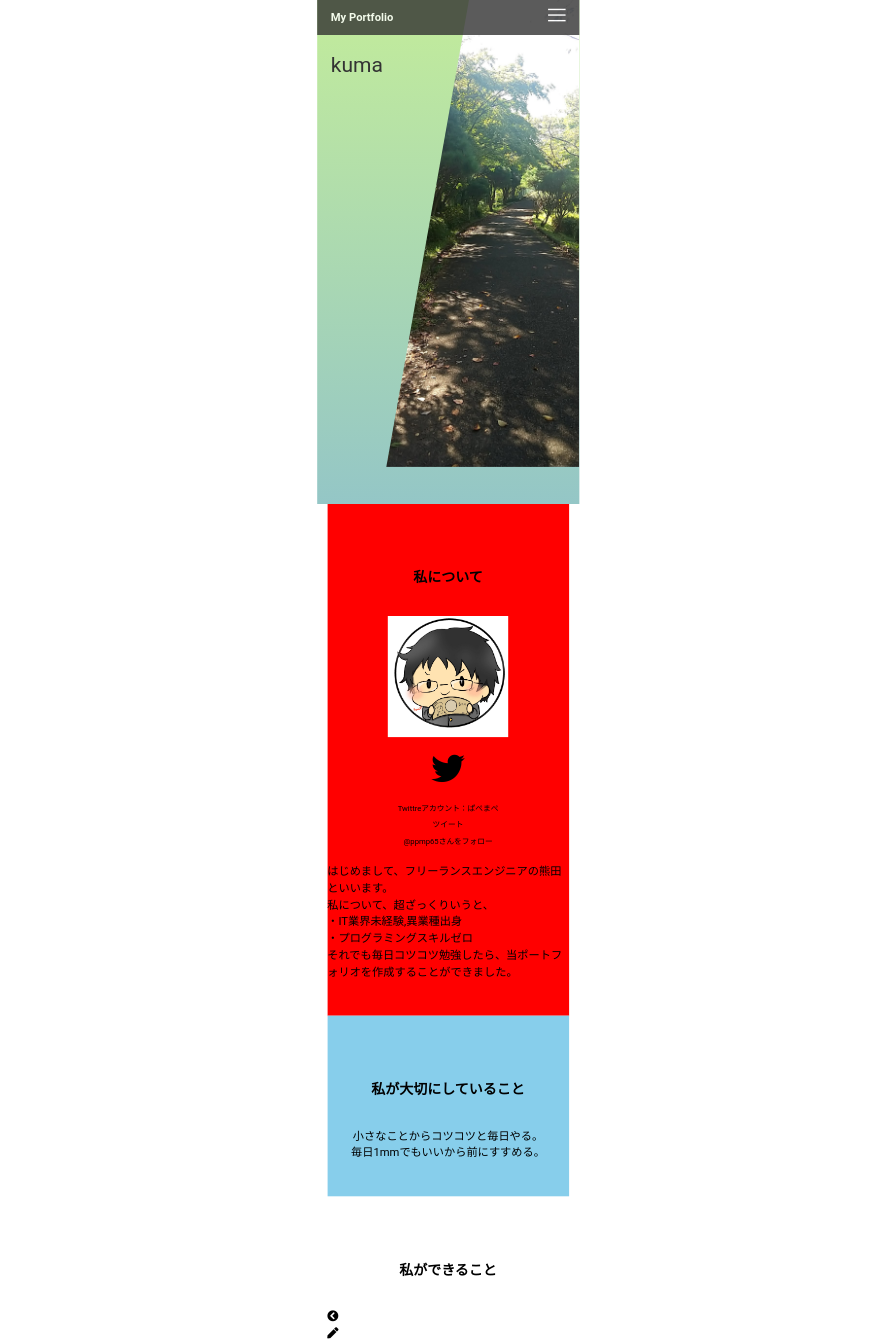
Repository: ppmp556/portfolio6
Page: index copy.html
An editor plug-in stored every save of this project. The page is shown before and after the next save, followed by the edit.
The browser window is 1280 px wide. The pictures show the part of the page from y = 0 to 1920 px (the page is 3189 px tall), at 70% of full size.
Some web libraries are served in a nearby version. The style sheet was rebuilt from its Sass, Less or Tailwind sources for each picture, by a compiler version that may differ from the author's.

Above is the page before, as saved 2020-10-12 22:34:19.
Console error: TypeError: Cannot read properties of null (reading 'addEventListener')

### index copy.html
<!DOCTYPE html>
<html ja>
  <head>
    <meta charset="utf-8" />
    <meta
      name="viewport"
      content="width=device-width, initial-scale=1.0, maximum-scale=1.0, minimum-scale=1.0"
    />
    <title>ポートフォリオ</title>
    <link rel="stylesheet" href="css/faundation.css" />
    <link rel="stylesheet" href="css/main.css" />
    <link
      href="https://use.fontawesome.com/releases/v5.6.1/css/all.css"
      rel="stylesheet"
    />
    <script src="https://ajax.googleapis.com/ajax/libs/jquery/3.4.1/jquery.min.js"></script>
  </head>

  <body>
    <div class="container">

      <div class="kv" id="kv">
        <div class="kv_container">
          <img src="images/道.jpg" alt="" class="kv_img">


          <!-- <img src="/images/3566338_s.jpg" alt="" class="kv_img"> -->
          <!-- <img src="/images/3566338_s.jpg" alt="" class="kv_img"> -->
          <!-- <img src="/images/3566338_s.jpg" alt="" class="kv_img"> -->
          <!-- <img src="/images/3566338_s.jpg" alt="" class="kv_img"> -->
          <p class="kv_ttl">kuma</p>
          <div class="kv_wrapper line">
            <p class="kv_animetype">
                <!-- ポートフォリオ<span class="line_type">|</span> -->
            </p><!-- /.kv_animetype -->

          </div><!-- /.kv_wrapper -->
        </div><!-- /.kv_container -->
      </div>
      <!-- /#kv.kv -->

      <header class="header" id="top">
        <div class="header_inner flex">
          <h1 class="header_ttl"><a href="index.html">My Portfolio</a></h1>
          <!-- /.header_ttl -->

          <nav class="nav">
            <!-- ハンバーガーメニュー部分 -->

            <div class="nav_ham" id="nav_toggle">
              <span class="nav_line tg1"></span>
              <span class="nav_line tg2"></span>
              <span class="nav_line tg3"></span>
            </div>
            <!-- ハンバーガーメニューここまで -->

            <ul class="nav_list flex">
              <div class="nav_inner">
                <li class="nav_item">
                  <a href="#Top" class="nav_link">TOP</a>
                </li>
                <!-- /.nav_item -->
                <li class="nav_item">
                  <a href="#about" class="nav_link">Profile</a>
                </li>
                <!-- /.nav_item -->
                <li class="nav_item">
                  <a href="#skill" class="nav_link">Skill</a>
                </li>
                <!-- /.nav_item -->
                <li class="nav_item">
                  <a href="#blog" class="nav_link">Blog</a>
                </li>
                <!-- /.nav_item -->
                <li class="nav_item">
                  <a href="#create" class="nav_link">Create</a>
                </li>
                <!-- /.nav_item -->
              </div><!-- /.nav_inner -->
            </ul>
            <!-- /.nav_list -->
          </nav>
          <!-- /.nav -->
        </div><!-- /.header_inner -->
      </header>
      <!-- /.header -->



      <main class="main_container">
        <div class="inner">

          <section class="about" id="about">
            <h2 class="section_ttl">私について</h2>
            <!-- /.section_ttl -->

            <div class="section_inner">
              <div class="about_left">
                <div class="about_imgbox">
                  <img src="images/アイコン.jpg" alt="" class="about_img">
                  <div class="about_share">
                    <a href="" class="about_share_icon">
                      <i class="fab fa-twitter fa-3x share"></i>
                      <p class="about_sharetxt">Twittreアカウント：ぱぺまぺ</p>
                      <!-- /.about_sharetxt --> </a
                    ><!-- /.about_share_icon -->
                      <br>
                    <a
                      href="https://twitter.com/share"
                      class="twitter_share_button"
                      data-via="webgaku"
                      data-lang="ja"
                      >ツイート</a
                    >
                      <br>
                    <a
                      href="https://twitter.com/ppmp65"
                      class="twitter_follow_button"
                      data-show-count="false"
                      data-lang="ja"
                      >@ppmp65さんをフォロー</a
                    >
                  </div>
                  <!-- /.about_share -->
                </div>
                <!-- /.about_imgbox -->
              </div>
              <!-- /.about_left -->

              <div class="about_right">
                <p class="about_txt">
                  はじめまして、フリーランスエンジニアの熊田といいます。<br />
                  私について、超ざっくりいうと、<br />

                  ・IT業界未経験,異業種出身 <br />
                  ・プログラミングスキルゼロ<br />

                  それでも毎日コツコツ勉強したら、当ポートフォリオを作成することができました。
                </p>
                <!-- /.about_txt -->
              </div>
              <!-- /.about_right -->
            </div>
            <!-- /.section_inner -->
          </section>
          <!-- /#about.about -->

          <section class="policy" id="policy">
            <h2 class="section_ttl">私が大切にしていること</h2>
            <!-- /.section_ttl -->

            <div class="policy_animebox">
              <div class="policy_anime">
                <p class="policy_txt">
                  小さなことからコツコツと毎日やる。<br />
                  毎日1mmでもいいから前にすすめる。
                </p>
                <!-- /.policy_txt -->
              </div>
              <!-- /.policy_anime -->
            </div>
            <!-- /.policy_anime -->
          </section>
          <!-- /#policy.policy -->

          <section class="skill" id="skill">
            <div class="scroll_fade_row">
              <h2 class="section_ttl">私ができること</h2>
              <!-- /.section_ttl -->

              <div class="skill_box">
                <div class="skill_content">
                  <div class="slide_btn prev">
                    <i class="fas fa-chevron-circle-left"></i>
                  </div>
                  <!-- /.slide_btn -->

                  <div class="skill_inner">
                    <div class="skill_inbox slide active">
                      <i class="skillIcon fas fa-pen"></i>
                      <p class="skill_inboxttl">執筆</p>
                      <!-- /.skill_inboxttl -->
                      <p class="skill_txt">
                        文章を考えるのが好きです<br />
                        ブログ執筆で毎日1000～2000文字程度<br />
                        書いています。<br />
                        ブログは毎日1日1記事更新。
                      </p>
                      <!-- /.skill_txt -->
                    </div>
                    <!-- /.skill_inbox -->

                    <div class="skill_inbox slide active">
                      <i class="skillIcon fas fa-code"></i>
                      <p class="skill_inboxttl">コーディング</p>
                      <!-- /.skill_inboxttl -->
                      <p class="skill_txt">
                        独学とプログラミングスクール併用<br />
                        全くの知識ゼロから始めました。<br />
                      </p>
                      <!-- /.skill_txt -->
                    </div>
                    <!-- /.skill_inbox -->

                    <div class="skill_inbox slide active">
                      <i class="skillIcon fas fa-pen"></i>
                      <p class="skill_inboxttl">執筆</p>
                      <!-- /.skill_inboxttl -->
                      <p class="skill_txt">
                        文章を考えるのが好きです<br />
                        ブログ執筆で毎日1000～2000文字程度<br />
                        書いています。<br />
                        ブログは毎日1日1記事更新。
                      </p>
                      <!-- /.skill_txt -->
                    </div>
                    <!-- /.skill_inbox -->

                    <div class="skill_inbox slide active">
                      <i class="skillIcon fas fa-cog"></i>
                      <p class="skill_inboxttl">執筆</p>
                      <!-- /.skill_inboxttl -->
                      <p class="skill_txt">
                        文章を考えるのが好きです<br />
                        ブログ執筆で毎日1000～2000文字程度<br />
                        書いています。<br />
                        ブログは毎日1日1記事更新。
                      </p>
                      <!-- /.skill_txt -->
                    </div>
                    <!-- /.skill_inbox -->
                  </div>
                  <!-- /.skill_inner -->
                </div>
                <!-- /.skill_content -->
              </div>
              <!-- /.skill_box -->
            </div>
            <!-- /.scroll_fade_row -->
          </section>
          <!-- /#skill.skill -->

          <section class="blog" id="blog">
            <div class="scroll_fade_row">
              <h2 class="section_ttl">ブログ</h2>
              <!-- /.section_ttl -->

              <div class="section_inner">
                <h3 class="blog_txt">ぱぺまぺの低年収者のための資産運用計画</h3>
                <!-- /.blog_txt -->

                <div class="blog_imgbox">
                  <a href="https://ppmp556.com"
                    >https://ppmp556.com
                    <img
                      class="blogImg"
                      src="images/invest01.png"
                      alt="ブログ1"
                    />
                  </a>
                </div>
                <!-- /.blog_imgbox -->
                <div class="blog_txtbox">
                  <p class="blog_txt">
                    投資ブログです。<br />
                    資金が少なくてもできる投資や、<br />
                    初心者向けの投資、投資についての考え方や<br />
                    ヒントなどを発信しています。（1日1記事更新）
                  </p>
                  <!-- /.blog_txt -->
                </div>
                <!-- /.blog_txtbox -->
              </div>
              <!-- /.section_inner -->
            </div>
            <!-- /.scroll_fade_row -->
          </section>
          <!-- /#blog.blog -->

          <section class="create" id="create">
            <div class="scroll_fade_row">
              <h2 class="section_ttl">制作物</h2>
              <!-- /.section_ttl -->
              <div class="section_inner">
                <div class="create_imgbox">
                  <p class="create_ttl">ポートフォリオ<br />（このサイト）</p>
                  <!-- /.create_ttl -->

                  <!-- アコーディオンメニュー実装する -->
                </div>
                <!-- /.create_imgbox -->
              </div>
              <!-- /.section_inner -->
            </div>
            <!-- /.scroll_fade_row -->
          </section>
          <!-- /#create.create -->
        </div>
        <!-- /.inner -->
      </main>

      <footer class="footer">
        <ul class="footer_list">
          <li class="footer_nav">
            <a href="" class="footer_link"></a>
          </li>
          <!-- /.footer_nav -->
          <li class="footer_nav">
            <a href="" class="footer_link"></a>
          </li>
          <!-- /.footer_nav -->
          <li class="footer_nav">
            <a href="" class="footer_link"></a>
          </li>
          <!-- /.footer_nav -->
          <li class="footer_nav">
            <a href="" class="footer_link"></a>
          </li>
          <!-- /.footer_nav -->
          <li class="footer_nav">
            <a href="" class="footer_link"></a>
          </li>
          <!-- /.footer_nav -->
        </ul>
        <!-- /.footer_list -->

        <div class="footer_copy">
          <small class="footer_txt">@ copyright</small
          ><!-- /.footer_txt -->
        </div>
        <!-- /.footer_copy -->
      </footer>
      <!-- /.footer -->
    </div>
    <!-- /.container -->

    <!-- <btn id="page-top"><a href="#top">PAGE TOP</a></btn> -->
    <script src="https://code.jquery.com/jquery-3.4.1.js"></script>
    <script src="main.js"></script>
  </body>
</html>

### css/faundation.css
/*
html5doctor.com Reset Stylesheet
v1.6.1
Last Updated: 2010-09-17
Author: Richard Clark - http://richclarkdesign.com
Twitter: @rich_clark
*/

html,
body,
div,
span,
object,
iframe,
h1,
h2,
h3,
h4,
h5,
h6,
p,
blockquote,
pre,
abbr,
address,
cite,
code,
del,
dfn,
em,
img,
ins,
kbd,
q,
samp,
small,
strong,
sub,
sup,
var,
b,
i,
dl,
dt,
dd,
ol,
ul,
li,
fieldset,
form,
label,
legend,
table,
caption,
tbody,
tfoot,
thead,
tr,
th,
td,
article,
aside,
canvas,
details,
figcaption,
figure,
footer,
header,
hgroup,
menu,
nav,
section,
summary,
time,
mark,
audio,
video {
  margin: 0;
  padding: 0;
  border: 0;
  outline: 0;
  font-size: 100%;
  vertical-align: baseline;
  background: transparent;
}

body {
  line-height: 1.5;
}

article,
aside,
details,
figcaption,
figure,
footer,
header,
hgroup,
menu,
nav,
section {
  display: block;
}

nav ul {
  list-style: none;
}

table {
  border-collapse: collapse;
  border-spacing: 0;
}


a {
  color: inherit;
  text-decoration: none;
}


img {
  width: 100%;

  /*画像がはみでるのを防ぐ　max-width*/
  max-width: 100%;
  height: auto;

  vertical-align: bottom;
}

/* h1,h2,h3,h4,h5,h6 { */
/* font-weight: bold; */
/* } */

### css/main.scss
@charset 'utf-8';

/****************************************:

全体のスタイル

*****************************************:*/


$cWhite: #ffffff;
$cOcher: #c1a250;
$cBlack: #333;
$cGray: rgb(139, 137, 137);
$cBgColor: #eaebed;


$widthPc: 1024px;
$widthTab: 764px;
$widthSp: 480px;

@mixin fontsize($cFontSz: 3.6rem) {
    font-size: $cFontSz;
    color: $cWhite;
}





@mixin pc {
    @media screen and (min-width: $widthPc) {
        @content;
    }
}


@mixin tab {
    @media screen and (min-width: $widthTab) and (max-width: $widthPc) {
        @content;
    }
}



html {
    // ルートのフォントサイズ 10pxに設定
    font-size: 62.5%;
}

body {
    // デフォルトのフォントサイズ 16pxと同等のサイズに設定
    font-size: 1.6em;
    font-size: 16px;
    width: 375px;
    margin: 0 auto;
    font-family: "Roboto", sans-serif, "Noto Sans";
}


* {
    box-sizing: border-box;
}


.overall {
    font-family: "Yu Gothic", YuGothic, "Hiragino Kaku Gothic Pro", "YuGothic",
        "Meiryo", verdana, "Osaka", "MS PGothic", Sans-Serif, "Yu Mincho",
        YuMincho, "MS P Mincho", serif;

    background-color: $cBgColor;
}

.container {
    width: 100%;
    margin: 0 auto;
    // color: $cWhite;
    position: relative;
    overflow: hidden;
}



.mock {
    /* モック画像 */
    position: absolute;
    top: 0;
    left: 0;
    right: 0;
    margin: 0 auto;
    width: 375px;
    opacity: 0.3;

    /* 反転 */
    filter: hue-rotate(180deg);

    /* テキストを掴まないように */
    pointer-events: none;

    z-index: 999;
}



.flex {
    display: flex;
    justify-content: space-between;
}

.inner {
    margin: 0 auto;
    padding: 0 15px;
}

.section_ttl {
    display: block;
    text-align: center;
    margin: 40px 0;
    font-size: 2rem;
}

/****************************************:

kv

*****************************************:*/

.kv {
    position: relative;
    // background-color: red;
    background: linear-gradient(rgba(176, 230, 123, 0.762), rgba(42, 142, 142, 0.5));

    &_container {
        height: 100vh;

        clip-path: polygon(58% 0, 100% 0, 100% 100%, 24% 100%);



    }

    &::before {
        content: 'kuma';

        position: absolute;
        top: 70px;
        left: 20px;
        font-size: 3rem;
        color: $cBlack;

    }

    &_ttl {
        color: $cBlack;
        font-size: 2;
    }


    &_img {
        width: 100%;
        // height: 100%;
        display: block;

    }

    &_wrapper {
        position: absolute;
        top: 50%;
        left: 50%;
        transform: translate(-50%, -50%);
    }

    &_animetype {
        color: $cWhite;
    }


}


/****************************************:
タイプアニメーション
*****************************************:*/


.line {
    // position: relative;
    top: 50%;
    width: 24em;
    text-align: center;
    margin: 0 auto;
    font-size: 100%;
    white-space: nowrap;
    overflow: hidden;
    animation: type 2.5s steps(80, end);
    animation: typewriter 4s steps(60) 1s 1 normal both,
    /* normal:標準の方向で実行、both:forwardsとbackwardsの両方の規定に従う */
    blinkTextCursor 500ms steps(60) infinite normal;

    &_type {
        font-size: 25px;
        animation: blink 1s infinite;
        /* blink:点滅、infinite:無限に繰り返す */
    }
}



@keyframes type {
    from { width: 0; }
    to   {width: 100%; }
}


@keyframes blink {
    to{opacity: .0;}
}


@keyframes typewriter {
    from { width: 0; }
    to { width: 24em; }
}

@keyframes blinkTextCursor{/*点滅するカーソルのアニメーション*/
    from { border-right-color: $cWhite; }
    to { border-right-color: transparent; }
}





/****************************************:

policy

*****************************************:*/

.policy {
    padding: 50px 0;
    background-color: skyblue;
    margin: 0 auto;

    &_txt {
        text-align: center;

    }
}









/****************************************:

skill

*****************************************:*/


.skill {
    padding: 50px 0;
}














/****************************************:

header

*****************************************:*/

.header {
    position: absolute;
    top: 0;
    left: 0;
    width: 100%;
    background-color: $cBlack;
    opacity: 0.8;
    padding: 0 20px;
    line-height: 50px;
    color: $cWhite;
    z-index: 99;

    &.clicked {
        background-color: transparent;
    }

    &_inner.clicked {
        width: 85%;
        padding: 0 20px;
        margin-left: 35%;
        background-color: red;
        transition: .3s;
    }
}









/****************************************:

nav

*****************************************:*/

.nav {
    position: relative;



    &_list {
        position: absolute;
        right: -1000px;
        // right: -5vw;
        display: flex;
        flex-direction: column;

        &.clicked {
            right: -5vw;
            transition: .6s;
        }
    }

    &_inner {
        background-color: red;
        height: 88.9vh;
        width: 60.1vw;
        margin-top: 17%;

    }

    // ハンバーガーメニュー
    &_ham {
        cursor: pointer;
        position: absolute;
        top: 50%;
        right: 0;
        transform: translateY(-50%);
        // background-color: #ffffff;
        width: 25px;
        height: 25px;
        z-index: 100;

        &.clicked {
            right: 40px;
        }
    }

    &_line {
        position: absolute;
        width: 100%;
        height: 2px;
        background-color: $cWhite;

        &:nth-child(1) {
            top: 0px;
            // left: -5px;

        }

        &:nth-child(2) {
            top: 8px;
            // left: 5px;
        }

        &:nth-child(3) {
            top: 16px;
            /* left: -5px; */
        }

        &.clicked:nth-child(1) {
            transform: translateY(12px) rotate(-315deg);
            transition: .5s;

        }
        &.clicked:nth-child(2) {
            left: 0;
            transition: .9s;
            opacity: 0;

        }
        &.clicked:nth-child(3) {
            transform: translateY(-4px) rotate(315deg);
            transition: .5s;

        }




    }

    &_item {
        text-align: center;
    }


}




/****************************************:

about

*****************************************:*/

.about {
    padding: 50px 0;
    background-color: red;

    &_imgbox {
        width: 50%;
        margin: 0 auto;
    }

    &_img {
        display: block;
        width: 100%;
        height: 100%;
    }

    &_share {
        text-align: center;

        &_icon {
            width: 100%;
        }
    }
    &_sharetxt {
        display: inline-block;
        font-size: 1.1rem;
    }

    &_left {
        margin: 20px 0;
    }
}

.share {
    padding: 20px 0;

    &:hover {
        margin-bottom: 5px;
    }
}

.twitter {

    &_share_button {
        font-size: 1.1rem;
    }

    &_follow_button {
        font-size: 1.1rem;
    }
}

.fa-twitter {
    font-size: 2rem;
}

Loaded but not shown: main.js (197 lines, source omitted)

After the next save:
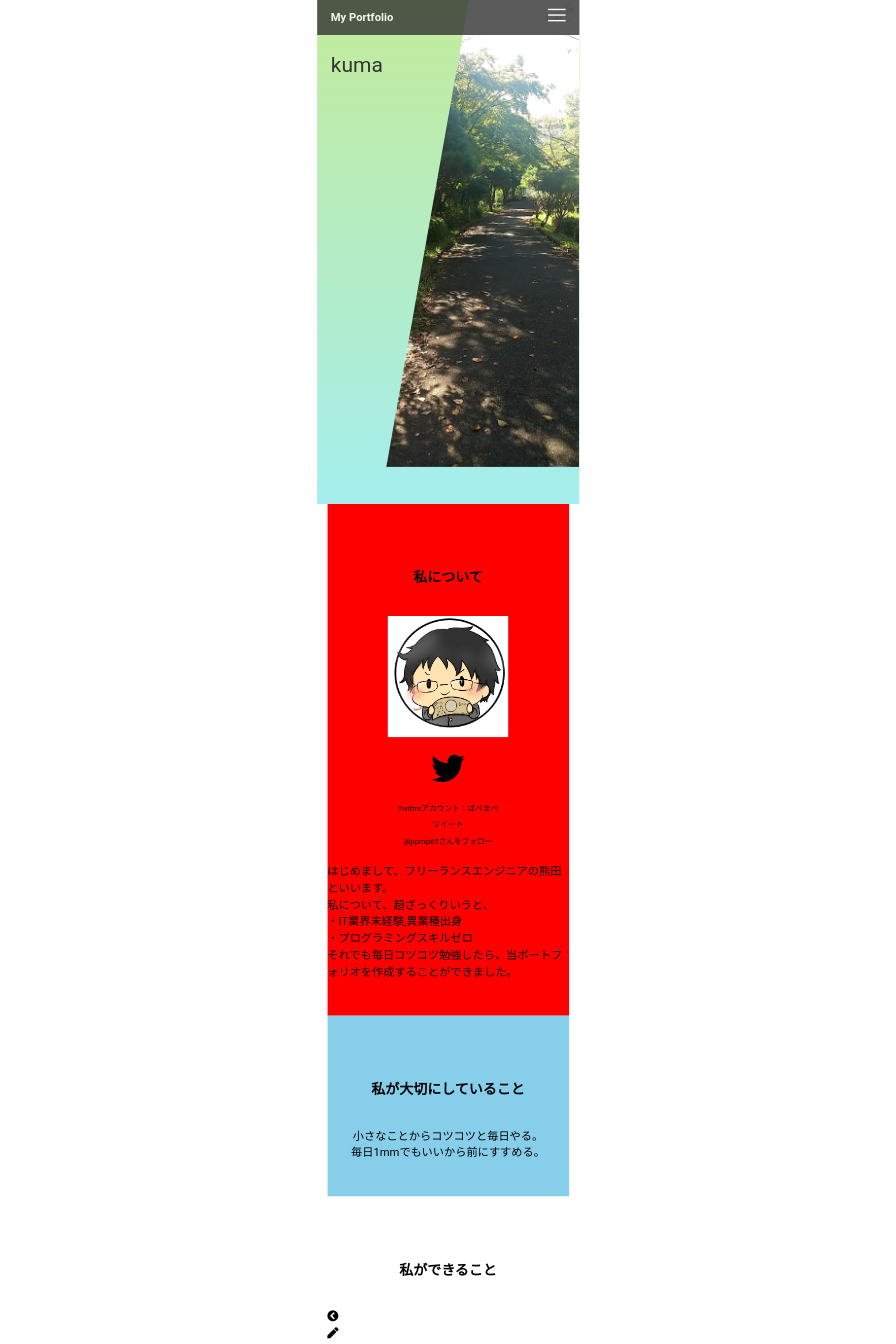
Saved 57 s later.
--- a/css/main.scss
+++ b/css/main.scss
@@ -127,7 +127,7 @@ kv
 .kv {
     position: relative;
     // background-color: red;
-    background: linear-gradient(rgba(176, 230, 123, 0.762), rgba(42, 142, 142, 0.5));
+    background: linear-gradient(rgba(176, 230, 123, 0.762), rgba(75, 221, 221, 0.5));
 
     &_container {
         height: 100vh;
